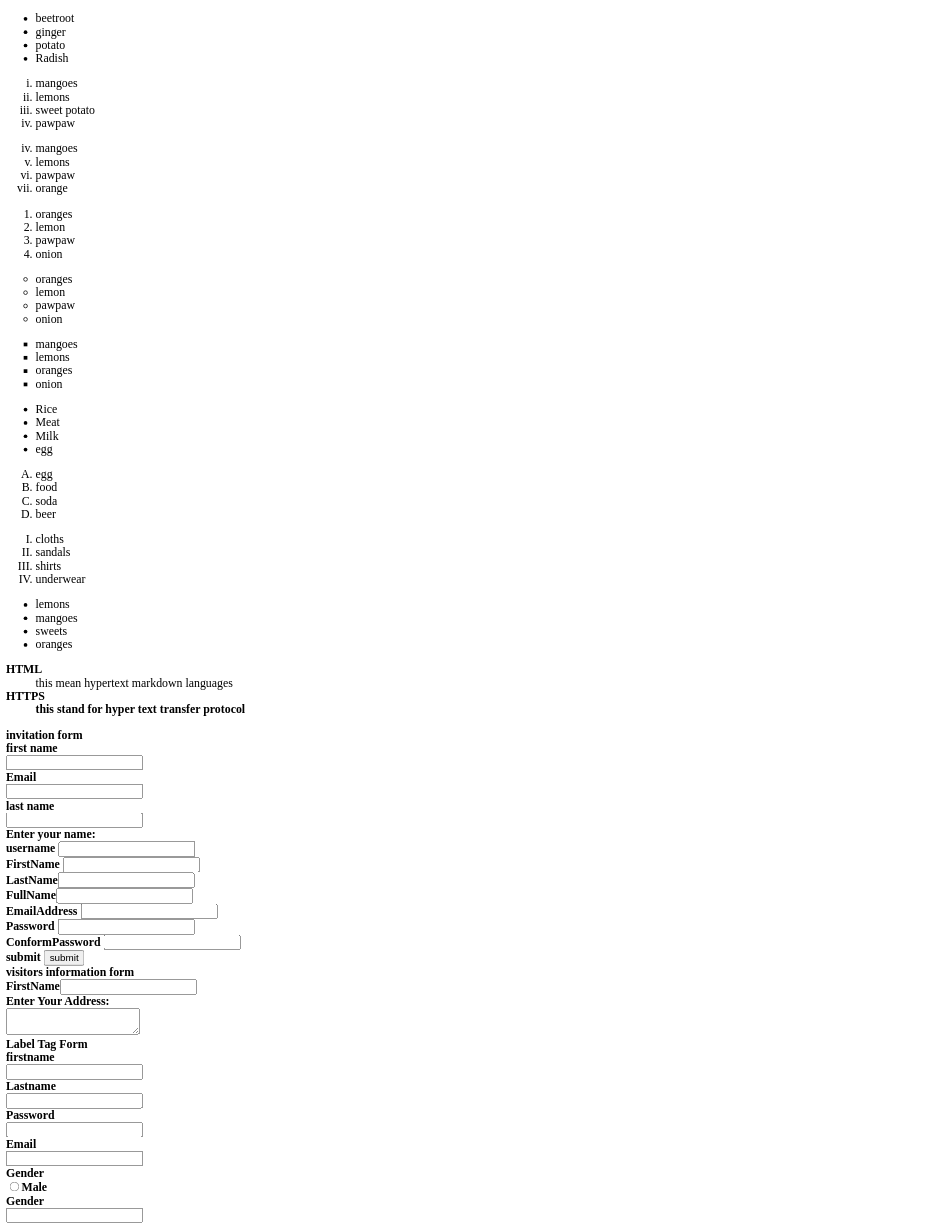
Repository: Okwahi/first--code-lessons
Page: Rinato.html
An editor plug-in stored every save of this project. The page is shown before and after a run of saves, followed by the edit.
The browser window is 1280 px wide. The pictures show the whole page, at 74% of full size.

Above is the page before, as saved 2023-03-09 13:56:59.

### Rinato.html
<!DOCTYPE html>
<html lang="en">
<head>
    <meta charset="UTF-8">
    <meta http-equiv="X-UA-Compatible" content="IE=edge">
    <meta name="viewport" content="width=device-width, initial-scale=1.0">
    <title>Document</title>
    <link rel="stylesheet" href="/Rinato.css">
</head>
<body>
    <ul type="triangle">
        <li>beetroot</li>
        <li>ginger</li>
        <li>potato</li>
        <li>Radish</li>
    </ul>
    <ol type="i">
        <li> mangoes</li>
        <li>lemons</li>
        <li>sweet potato</li>
        <li>pawpaw</li>

    </ol>
    <ol type="i" start="4">
        <li>mangoes</li>
        <li>lemons</li>
        <li>pawpaw</li>
        <li>orange</li>
    </ol>
    <ol type="1">
        <li>oranges</li>
        <li>lemon</li>
        <li>pawpaw</li>
        <li>onion</li>
    </ol>
    <ul type="circle">
        <li>oranges</li>
            <li>lemon</li>
            <li>pawpaw</li>
            <li>onion</li>
    </ul>
    <ul type="square">
        <li>mangoes</li>
        <li>lemons</li>
        <li>oranges</li>
        <li>onion</li>
    </ul>
    <ul type="rectangle">
        <li>Rice</li>
        <li>Meat</li>
        <li>Milk</li>
        <li>egg</li>
    </ul>
    <ol type="A">
        <li>egg</li>
        <li>food</li>
        <li>soda</li>
        <li>beer</li>
    </ol>
    <ol type="I">
        <li>cloths</li>
        <li>sandals</li>
        <li>shirts</li>
        <li>underwear</li>
    </ol>
    <ul type="oval">
        <li>lemons</li>
        <li>mangoes</li>
        <li>sweets</li>
        <li>oranges</li>
    </ul>
    <dl>
        <dt><HTML><b>HTML</b></HTML></dt>
        <dd>this mean hypertext markdown languages</dd>
        <dt><b>HTTPS<b></b></dt>
        <dd> this stand for hyper text transfer protocol</dd>
    </dl>

    <form action=""> invitation form <br>
        <label for="first name"> first name</label><br>
        <input type="text" id="first name" name="first name"><br>
        <label for="Email">Email</label><br>
        <input type="Email" id="Email" name="Email"><br>
        <label for="last name">last name</label><br>
        <input type="text" id="last name"><br>
        <form>
            Enter your name: <br>
           username <input type="text" name="username"> <br>
           FirstName <input type="text" name="FirstName"> <br>
            LastName<input type="text" name="LastName"> <br>
            FullName<input type="text" name="FullName"> <br>
          EmailAddress  <input type="Email" name="EmailAddress"> <br>
           Password <input type="Password" name="Password"> <br>
           ConformPassword <input type="Password" name="ConformPassword"> <br>
           submit <button>
            submit
           </button>
           <div>

            <form action="">visitors information form </form> <br>
            FirstName<input type="text" name="FirstName">
           </div>
           <form>
                Enter Your Address: <br>
                <textarea rows="2" cols="20"></textarea>
            </form>
            <form action="">Label Tag Form <br>
                <label for="firstname">firstname</label> <br>
                <input type="text" id="Firstname" name="firstname"> <br>
                <label for="Lastname">Lastname</label> <br>
                <input type="Lastname" id="Lastname" name="Lastname"> <br>
                <label for="Password">Password</label> <br>
                <input type="password" id="Password" name="Password"> <br>
                <label for="Email">Email</label> <br>
                <input type="Email" id="Email" name="Email"> <br>
                <label for="Gender">Gender</label> <br>
                <input type="radio" id="Gender" name="Gender" value="Male"/>Male <br>
                <label for="Gender">Gender</label> <br>
                <input type="text" id="Gender" name="firstname"> <br>



            </form>





        </form>
    </form>

Loaded but not shown: Rinato.css (common file)

After the next 3 saves:
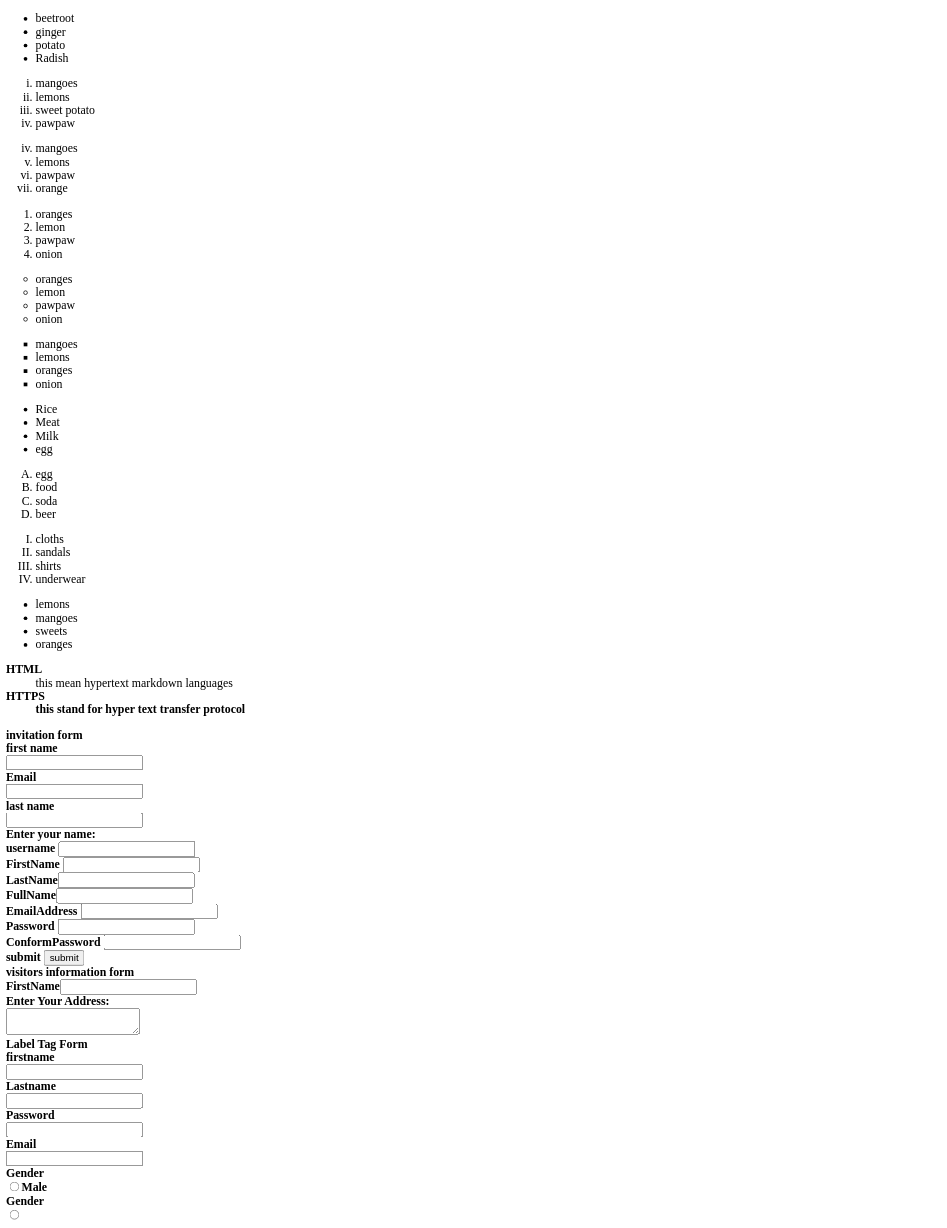
The 3 saves are shown as one change because they came seconds apart.
The last was saved 11 s later.
--- a/Rinato.html
+++ b/Rinato.html
@@ -116,7 +116,7 @@
                 <label for="Gender">Gender</label> <br>
                 <input type="radio" id="Gender" name="Gender" value="Male"/>Male <br>
                 <label for="Gender">Gender</label> <br>
-                <input type="text" id="Gender" name="firstname"> <br>
+                <input type="radio" id="Gender" name="firstname"> <br>
 
 
 
